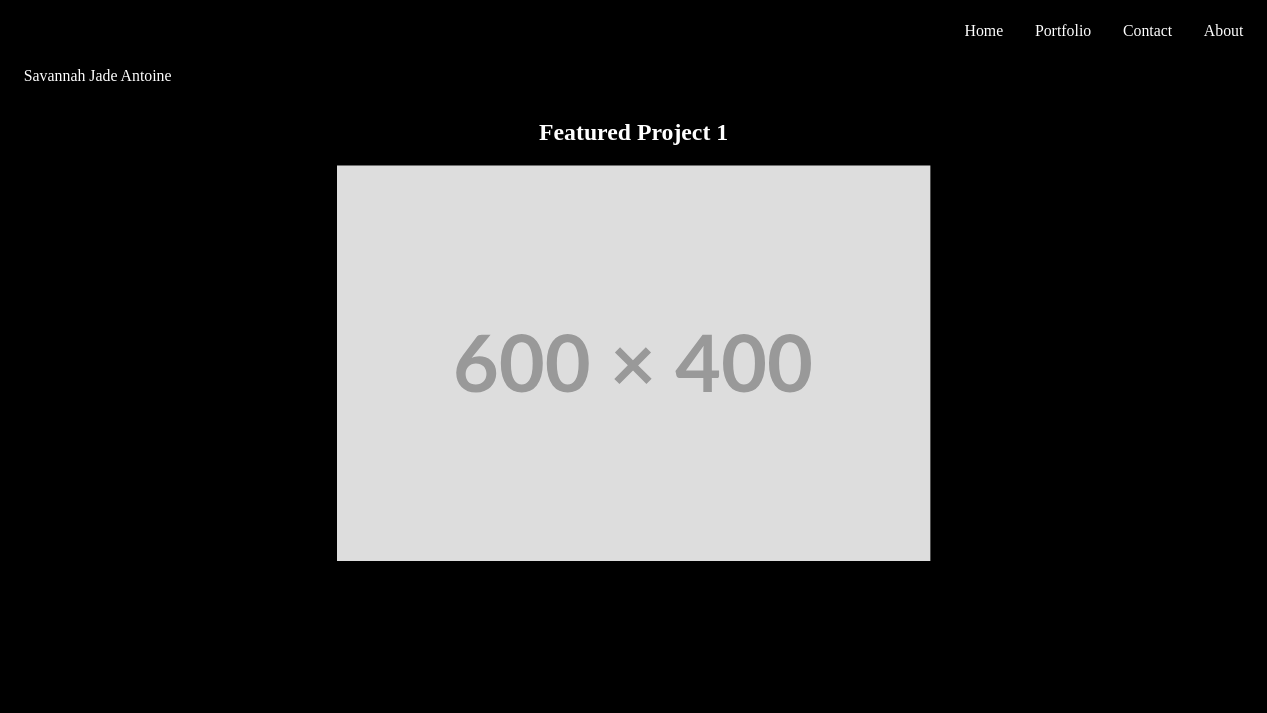
Repository: Savannah-Antoine/Savannah-Antoine
Page: pages/project-name-1.html
An editor plug-in stored every save of this project. The page is shown before and after the next save, followed by the edit.
The browser window is 1280 px wide. The pictures show the whole page, at 99% of full size.

Above is the page before, as saved 2026-05-08 16:59:17.

### pages/project-name-1.html
<!DOCTYPE html>
<html lang="en">
<head>
    <meta charset="UTF-8">
    <meta name="viewport" content="width=device-width, initial-scale=1.0">
    <link rel = "stylesheet" href = "../styles/page.css" />
    <link rel = "stylesheet" href = "../styles/globals.css" />
    <title>Document</title>
</head>
<body>
<header>
    <nav>
        <ul class = "navigation">
  <li><a href="../index.html">Home</a></li>
  <li><a href="../pages/portfolioPage.html">Portfolio</a></li>
  <li><a href="../pages/contact.html">Contact</a></li>
  <li><a href="../pages/about.asp">About</a></li>
</ul>
        <ul class = "homeButton">
           <li><a   href = "../index.html">Savannah Jade Antoine</a></li>
        </ul>
</nav>
</header>
<main class = "container">

<section >
<h2>Featured Project 1</h2>
<img src = "../assets/images/placeholder1.svg" alt = "First Portfolio placeholder image" />


</section>



</main>

</body>
</html>

### styles/page.css

body h1{
    font-size: 3rem;

}

img{
    width: 100%;
    height:auto;
}

@media screen and (min-width: 768px)
{
    body h1{
    font-size: 6.5rem;
}


    .container{
          display:flex;
          flex-direction: row;
          flex-wrap: wrap;
          justify-content: center;

    }
}

@media screen and (min-width: 1000px)
{

}

### styles/globals.css
body {
    background-color: black;
  background-image: url(/assets/images/background-pic.gif);
  background-repeat: no-repeat;
  background-size: cover;
  color: white;
  font-size: 16px;
  text-align: center;
}



.homeButton{
  list-style-type: none;
  margin: 0;
  padding: 0;
  display: flex;
  justify-content: left;

}


.navigation {
  list-style-type: none;
  margin: 0;
  padding: 0;
  display: flex;
  justify-content: right;
}
li a {
  display: block;
  color: white;
  padding: 14px 16px;
  text-decoration: none;
}

ul li a:hover {
  background-color: #be6c6c;
}

After the next save:
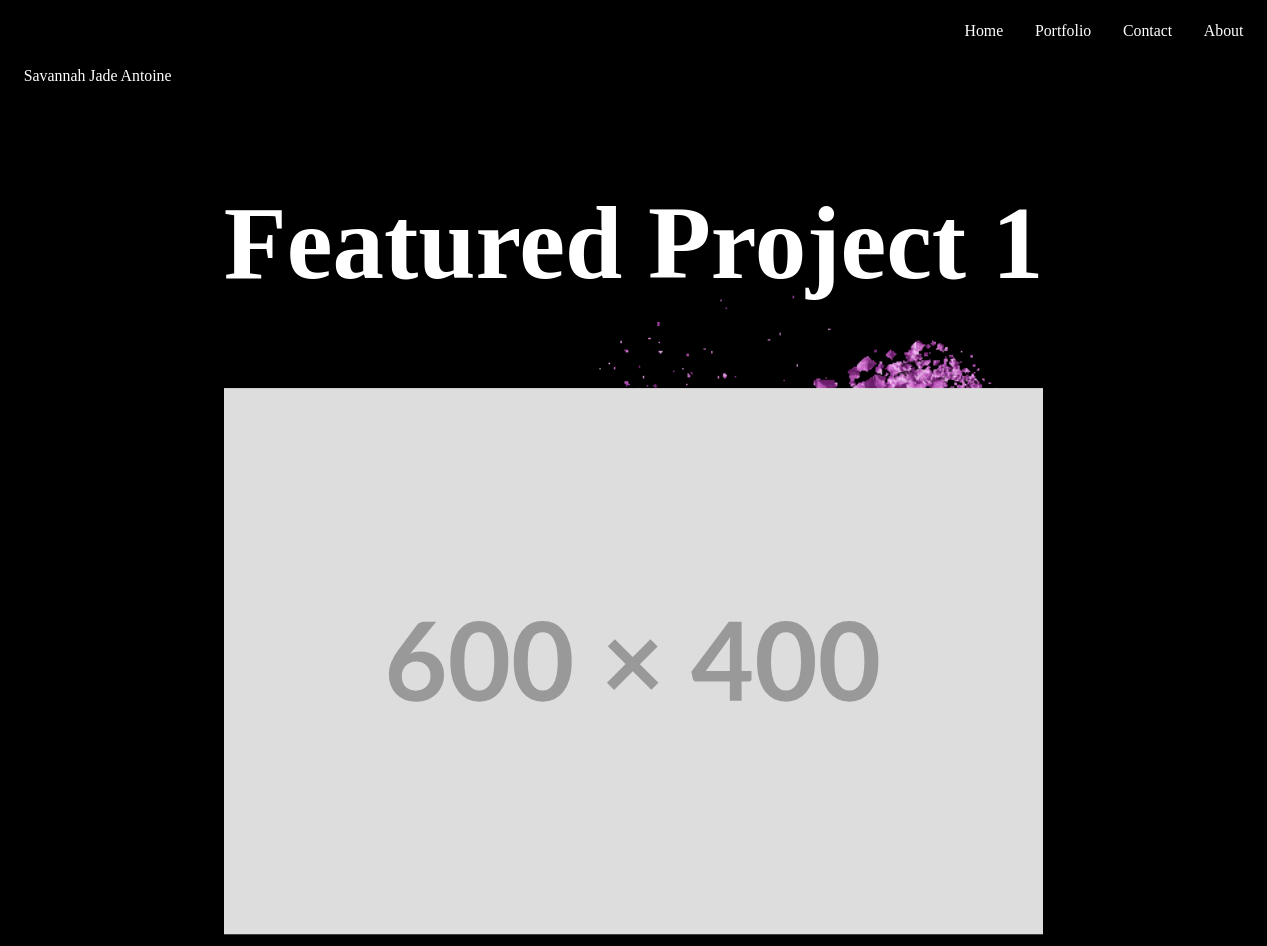
Saved 39 s later.
--- a/pages/project-name-1.html
+++ b/pages/project-name-1.html
@@ -24,7 +24,7 @@
 <main class = "container">
 
 <section >
-<h2>Featured Project 1</h2>
+<h1>Featured Project 1</h1>
 <img src = "../assets/images/placeholder1.svg" alt = "First Portfolio placeholder image" />
 
 
